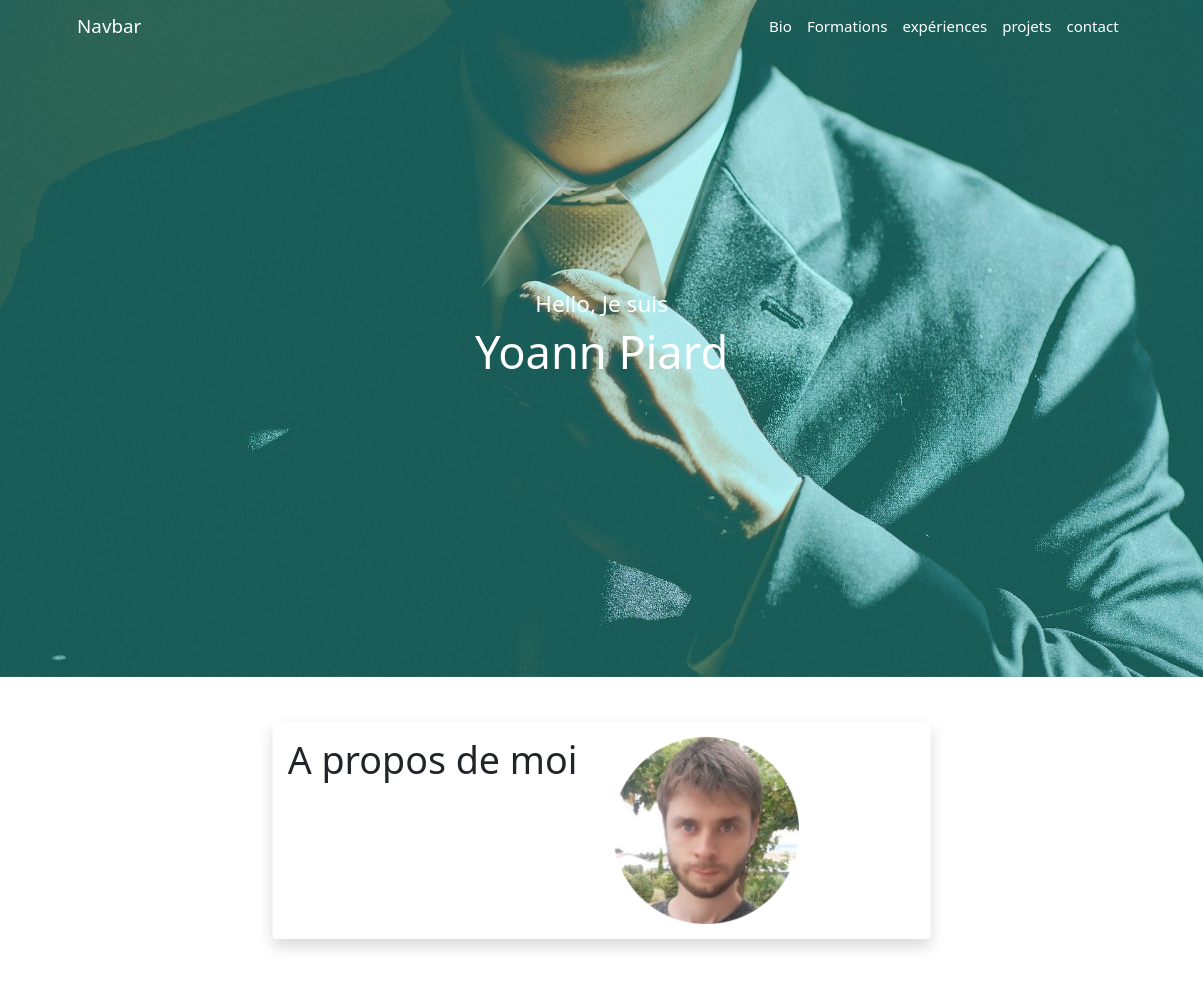
Repository: ypiard85/port-folio-bootstrap-yoann-2021
Page: index.html
The author's editor kept a copy of each file at every save. The page is drawn from the files as they stood at one save, then again after the next save.
The browser window is 1280 px wide. The pictures show the whole page, at 94% of full size.

Above is the page before, as saved 2021-03-09 13:56:09.

### index.html
<!DOCTYPE html>
<html lang="en">
<head>
    <meta charset="UTF-8">
    <meta http-equiv="X-UA-Compatible" content="IE=edge">
    <meta name="viewport" content="width=device-width, initial-scale=1.0">
    <!-- CSS only -->
    <link rel="stylesheet" href="./resource/style.css">
<link href="https://cdn.jsdelivr.net/npm/bootstrap@5.0.0-beta2/dist/css/bootstrap.min.css" rel="stylesheet" integrity="sha384-BmbxuPwQa2lc/FVzBcNJ7UAyJxM6wuqIj61tLrc4wSX0szH/Ev+nYRRuWlolflfl" crossorigin="anonymous">
    <title>Document</title>
</head>
<body>

        <nav class="navbar position-fixed w-100 navbar-expand-lg navbar-light">
            <div class="container">
              <a class="navbar-brand" href="#">Navbar</a>
              <button class="navbar-toggler" type="button" data-bs-toggle="collapse" data-bs-target="#navbarNav" aria-controls="navbarNav" aria-expanded="false" aria-label="Toggle navigation">
                <span class="navbar-toggler-icon"></span>
              </button>
              <div class="collapse navbar-collapse" id="navbarNav">
                <ul class="navbar-nav">
                  <li class="nav-item">
                    <a class="nav-link active" aria-current="page" href="#bio">Bio</a>
                  </li>
                  <li class="nav-item">
                    <a class="nav-link" href="#formation">Formations</a>
                  </li>
                  <li class="nav-item">
                    <a class="nav-link" href="#experience">expériences</a>
                  </li>
                  <li class="nav-item">
                    <a class="nav-link" href="#projet">projets</a>
                  </li>
                  <li class="nav-item">
                    <a class="nav-link" href="#contact">contact</a>
                  </li>
                </ul>
              </div>
            </div>
          </nav>

          <header class="container-fluid flex-column
          d-flex align-items-center justify-content-center">
              <h4>Hello, Je suis</h4>
              <h1>Yoann Piard</h1>
          </header>

          <section class="about_me shadow rounded p-3 mt-5 mb-5">
                <div class="row">
                    <div class="col-md-6">
                        <h1>A propos de moi</h1>
                    </div>
                    <div class="col-md-6">
                        <img src="./resource/image/yoann_piard.png" alt="">
                    </div>
                </div>
          </section>

<!-- JavaScript Bundle with Popper -->
<script src="https://cdn.jsdelivr.net/npm/bootstrap@5.0.0-beta2/dist/js/bootstrap.bundle.min.js" integrity="sha384-b5kHyXgcpbZJO/tY9Ul7kGkf1S0CWuKcCD38l8YkeH8z8QjE0GmW1gYU5S9FOnJ0" crossorigin="anonymous"></script>
<script src="https://unpkg.com/scrollreveal"></script>
<script src="./resource/app.js"></script>
</body>
</html>

### resource/style.css
.navbar-collapse{
    flex-grow: 0!important;
}

nav a{
    color: white!important;
}

header{
    height: 100vh;
    background: gray;
    background-image: linear-gradient(90deg, rgba(0,231,249,0.2780462526807598) 100%, rgba(0,4,24,0.4405112386751575) 74%), url('./image/about-section.jpg');
    background-repeat: no-repeat;
    background-size: cover;
    background-position: top center;
    color: white;
}

header h1{
    font-weight: normal;
    font-size: 3em;
}

.about_me{
    width: 700px;
    margin: auto;
    margin-top: 0px;
}

### resource/app.js
ScrollReveal().reveal('.about_me', {
    delay: 250,
    duration: 1000,
    reset: true,
    origin: 'bottom',
    distance: '20%'
});

After the next save:
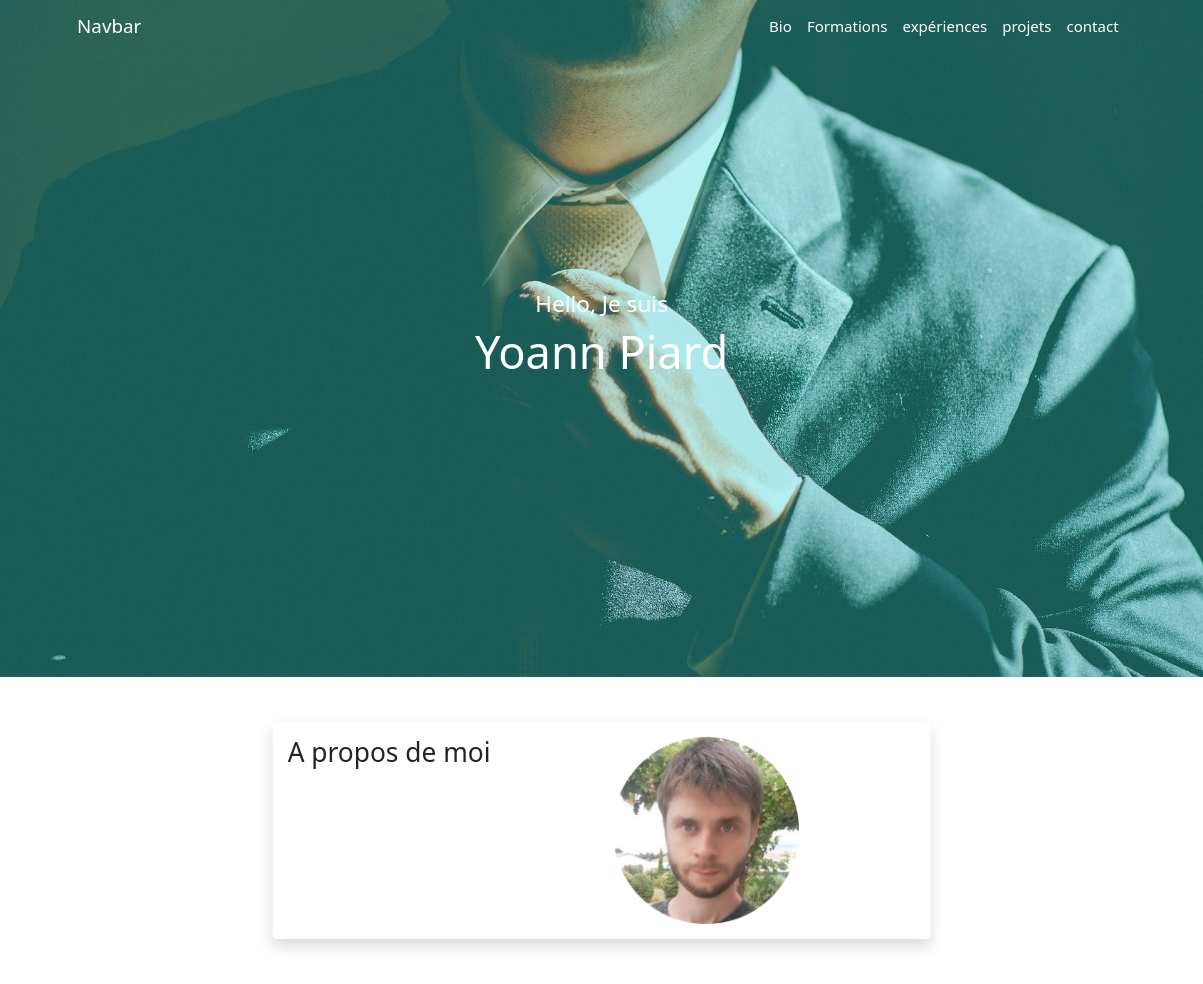
Saved 10 s later.
--- a/index.html
+++ b/index.html
@@ -48,7 +48,7 @@
           <section class="about_me shadow rounded p-3 mt-5 mb-5">
                 <div class="row">
                     <div class="col-md-6">
-                        <h1>A propos de moi</h1>
+                        <h3>A propos de moi</h3>
                     </div>
                     <div class="col-md-6">
                         <img src="./resource/image/yoann_piard.png" alt="">
